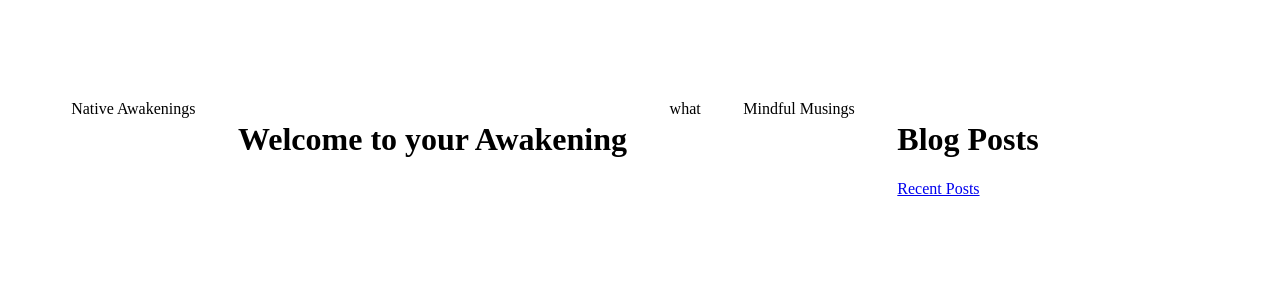
Repository: Gregg-Hendrix/blog-project
Page: index.html
The author's editor kept a copy of each file at every save. The page is drawn from the files as they stood at one save, then again after a run of saves.
The browser window is 1280 px wide. The pictures show the whole page.

Above is the page before, as saved 2021-03-15 13:49:22.

After the next 5 saves:
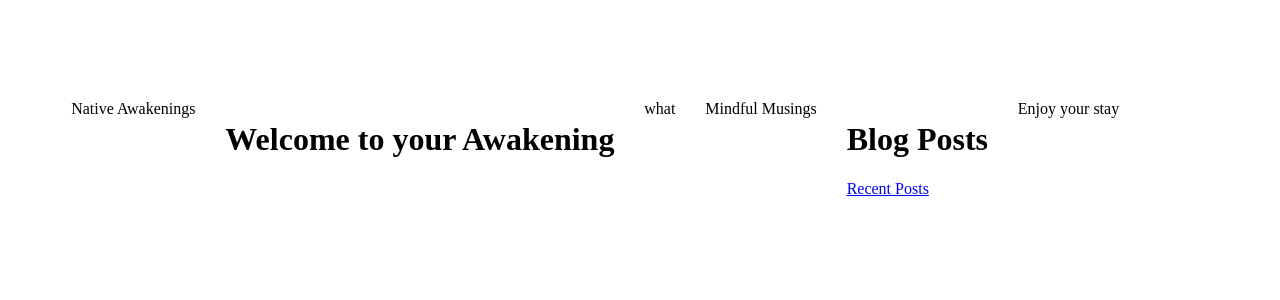
The 5 saves are shown as one change because they came seconds apart.
The last was saved 18 s later.
--- a/index.html
+++ b/index.html
@@ -15,7 +15,7 @@
             <nav>what</nav>
             <article>Mindful Musings</article>
             <sidebar><h1>Blog Posts</h1><a href="meditation.html">Recent Posts</a></sidebar>
-            <footer>
+            <footer>Enjoy your stay</footer>
         </div>
     </body>
 </html>
